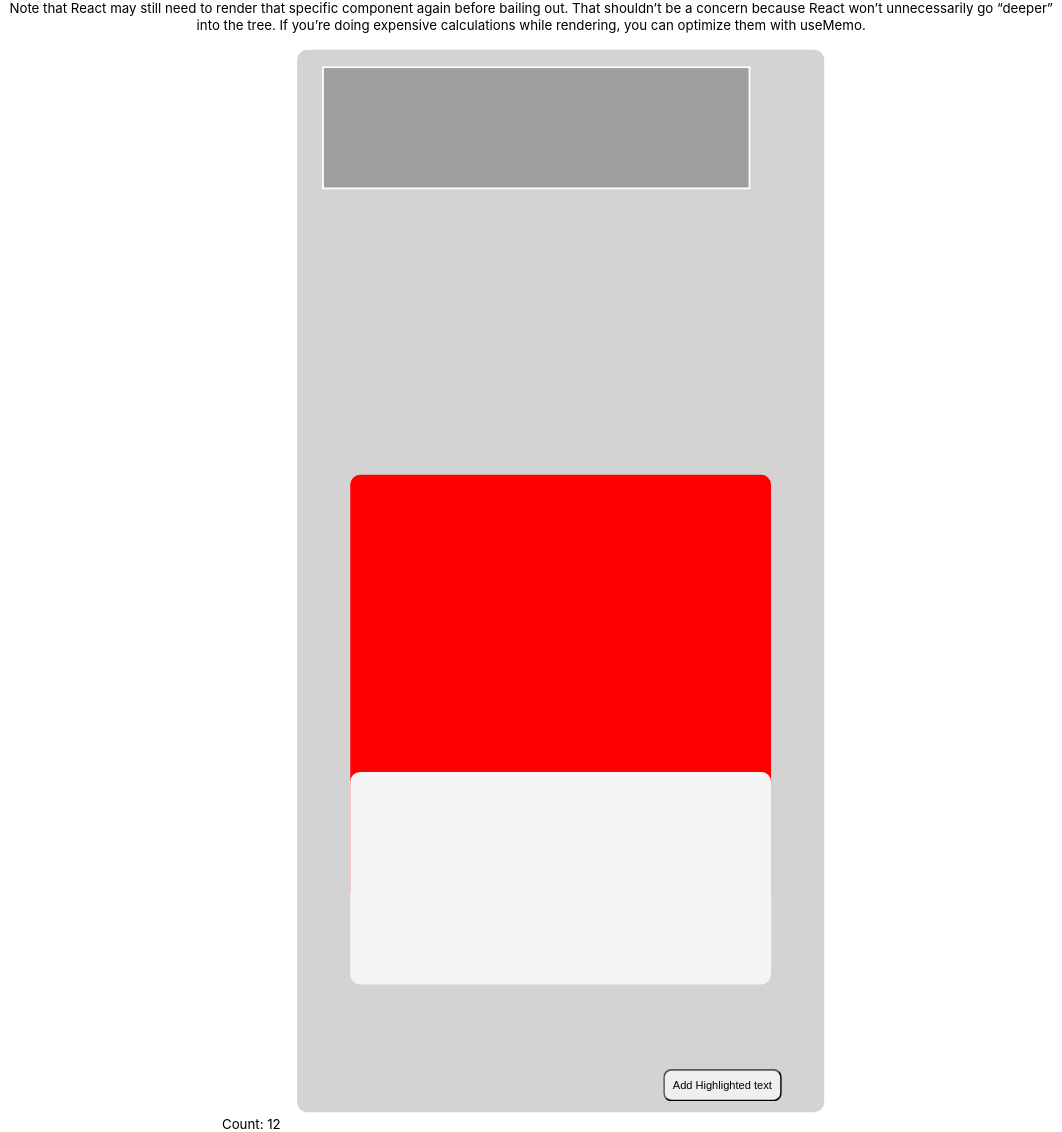
Repository: Farbod29/React-text-highlighter-with-hook-
Page: /
An editor plug-in stored every save of this project. The page is shown before and after the next save, followed by the edit.
The browser window is 1280 px wide. The pictures show the whole page, at 83% of full size.
Pictures or frames that could not be fetched are drawn as grey boxes. The project was rebuilt for these pictures with package versions that can differ from the ones it lists, and the page was loaded fresh each time.

Above is the page before, as saved 2022-02-18 23:06:52.

### src/App.js
import './App.css';
import Highlighter from './highlighter';
function App() {
  return (
    <div className="App">
      <Highlighter />
    </div>
  );
}

export default App;

### src/highlighter.js
import React, { useEffect, useState } from 'react';

export default function Highlighter() {
  let doit = () => {
    document.onmouseup = () => {
      console.log(window.getSelection().toString());
    };
  };
  const [count, setCount] = useState(12);
  return (
    <>
      <div>
        {' '}
        Note that React may still need to render that specific component again
        before bailing out. That shouldn’t be a concern because React won’t
        unnecessarily go “deeper” into the tree. If you’re doing expensive
        calculations while rendering, you can optimize them with useMemo.
      </div>
      Count: {count}
      {/* <button onClick={() => setCount((prevCount) => prevCount - 1)}>-</button> */}
      <div
        style={{
          padding: '0px 10px',
          height: '100vw',
          width: '48vw',
          margin: '20px',
          borderRadius: '12px',
          backgroundColor: '#D3D3D3',
          inline: true,
          fontColor: 'red',
          display: 'inline-block',
          textAlign: 'center',
          position: 'relative',
        }}
      >
        <img
          style={{
            height: '20vh',
            width: '40vw',
            position: 'absolute',
            border: '2px solid',
            borderColor: '#ffff',
            left: 30,
            top: 20,
          }}
          src="https://pfrias.couragecompanion.eu/storage/m/_v2/213604778138275840/4f8b684e5-e9314a/vlyvkRQwb3ew/u8hVvH5l5IFvha9MQyXCzPOYLo2SXG3bqIpv6vBg.png"
        ></img>
        <div
          style={{
            // textBox1
            padding: '0px 10px',
            backgroundColor: 'red',
            height: '40vw',
            width: '38vw',
            left: '5vw',
            top: '40vw',
            borderRadius: '12px',
            position: 'absolute',
          }}
        />
        <div
          style={{
            // textBox
            padding: '0px 10px',
            backgroundColor: '#F5F5F5',
            height: '20vw',
            width: '38vw',
            left: '5vw',
            top: '68vw',
            borderRadius: '12px',
            position: 'absolute',
          }}
        />
        <div
          style={{
            top: '500',
            position: 'absolute',
            bottom: '1vw',
            left: '25vw',
            right: '2vw',
            width: '30vw',
          }}
        >
          <button
            style={{ padding: '10px', borderRadius: '10px' }}
            onClick={() => setCount(12)}
          >
            {' '}
            Add Highlighted text{' '}
          </button>
        </div>
      </div>
      {doit()}
    </>
  );
}

Loaded but not shown: public/index.html (common file); src/index.js (common file); src/index.css (common file); src/reportWebVitals.js (common file); src/App.css (common file)

After the next save:
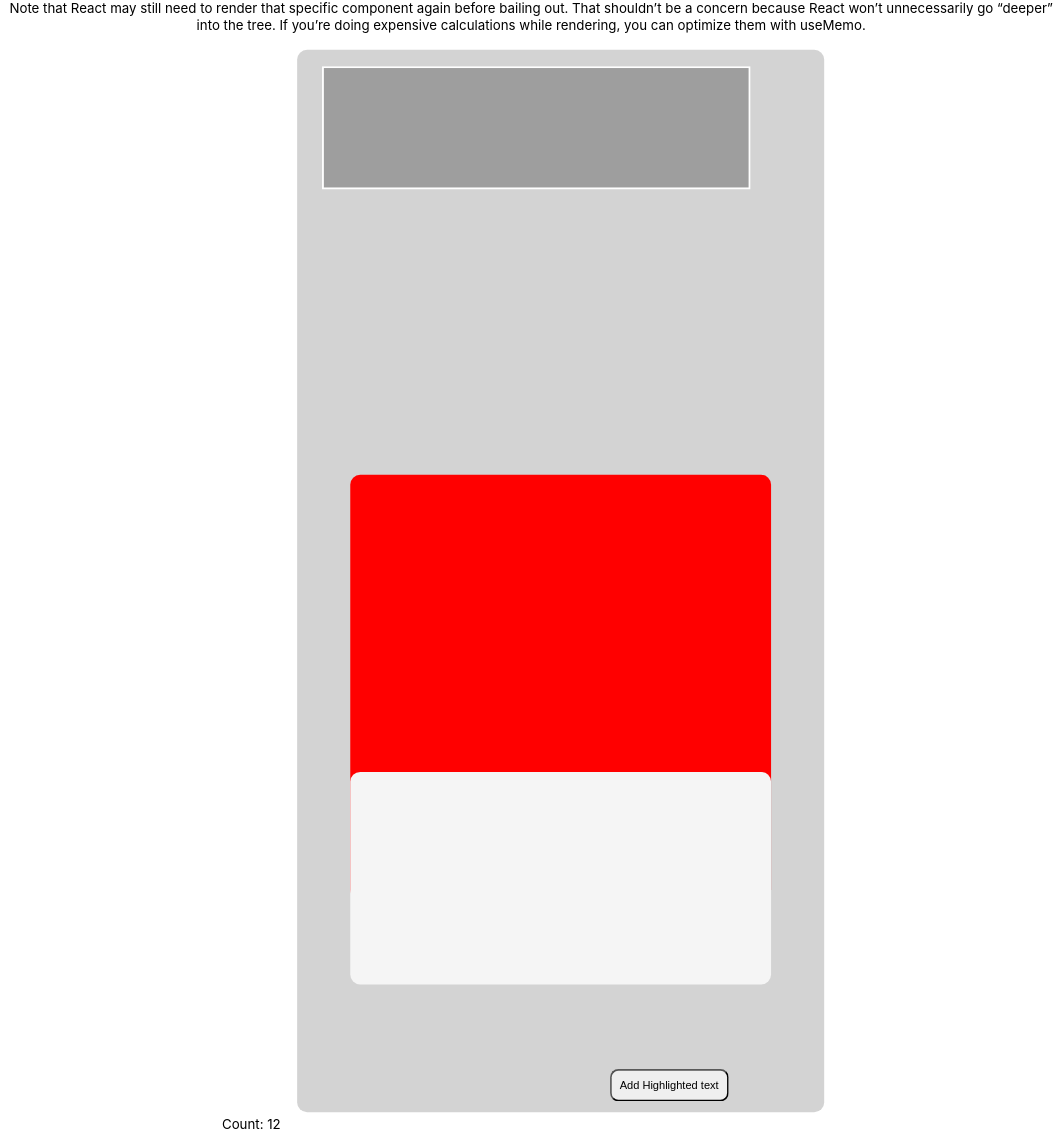
Saved 5 s later.
--- a/src/highlighter.js
+++ b/src/highlighter.js
@@ -78,7 +78,7 @@ export default function Highlighter() {
             bottom: '1vw',
             left: '25vw',
             right: '2vw',
-            width: '30vw',
+            width: '20vw',
           }}
         >
           <button
